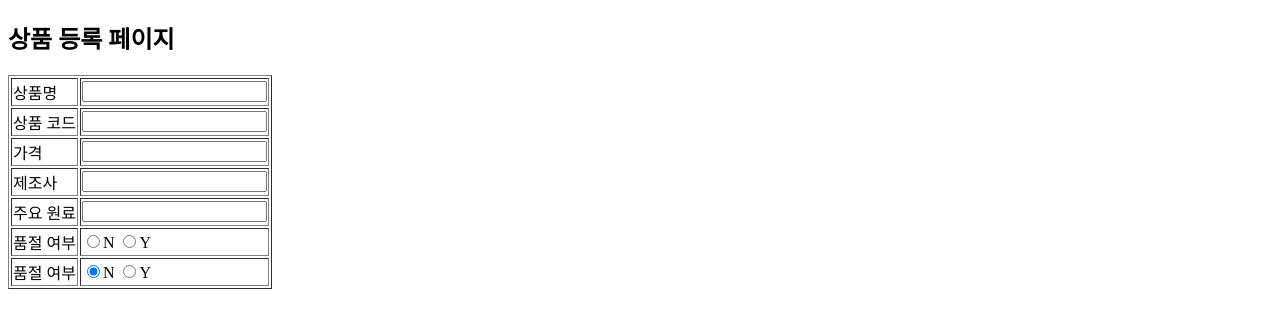
Repository: shinymusket/ideal-memory2
Page: http://localhost/homework08/productReg.jsp
These files come from the project's save history. The page is drawn as it stood at one moment and after the next save; the edit follows.
The browser window is 1280 px wide. The pictures show the whole page.
The page is served by Tomcat 9.

Above is the page before, as saved 2022-06-17 00:46:26.

After the next save:
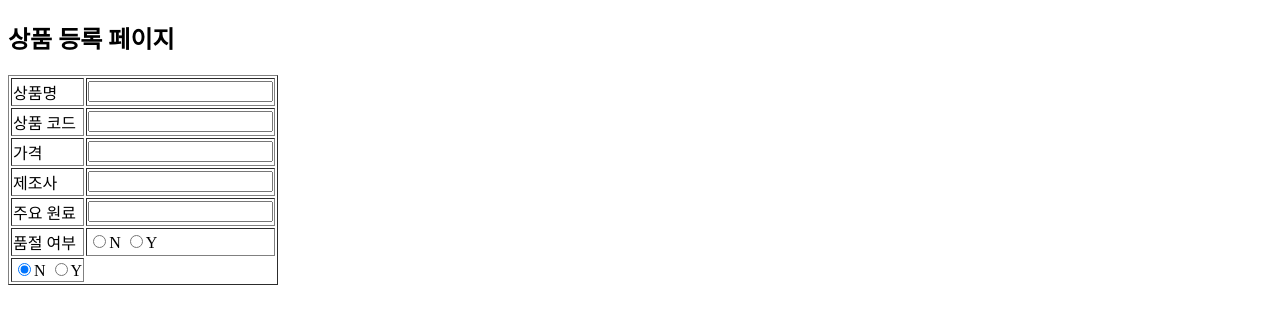
Saved 5 s later.
--- a/homework08/WebContent/productReg.jsp
+++ b/homework08/WebContent/productReg.jsp
@@ -48,7 +48,6 @@
 				</td>
 			</tr>
 			<tr>
-				<td>품절 여부</td>
 				<td>
 					<input type="radio" name="soldout" value="N" checked>N
 					<input type="radio" name="soldout" value="Y">Y
